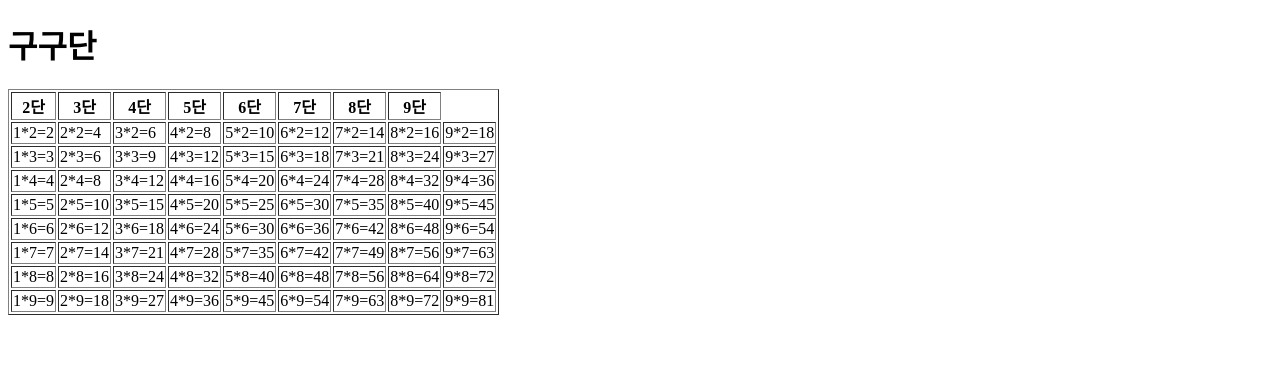
Repository: ohseung-web/Jsp2026
Page: http://localhost/chapter01/test02.jsp
The author's editor kept a copy of each file at every save. The page is drawn from the files as they stood at one save, then again after the next save.
The browser window is 1280 px wide. The pictures show the whole page.
The page is served by Tomcat 9.

Above is the page before, as saved 2026-10-16 04:24:30.

### chapter01/src/main/webapp/test02.jsp
<%@ page language="java" contentType="text/html; charset=UTF-8"
    pageEncoding="UTF-8" import="java.util.*"  %>
<!DOCTYPE html>
<html>
<head>
<meta charset="UTF-8">
<title>Insert title here</title>
</head>
<body>
		<!-- 구구단 2단 ~ 9단까지 모두 출력할 것  -->
		<h1>구구단</h1>
		<table border="1">
		<!-- 2단.... -->
		<tr>
			<% for(int i=2; i<=9; i++){ %>
			   <th><%= i %>단</th>
			<%} %>
		</tr>

		<% for(int i=2; i<=9; i++){%>
		<tr>
			 <% for(int j=1; j<=9; j++){
		%>
		  	<td><%=j%>*<%=i%>=<%= i*j %></td>
		<% }%>
		</tr>
		<% } %>

		</table>
</body>
</html>

After the next save:
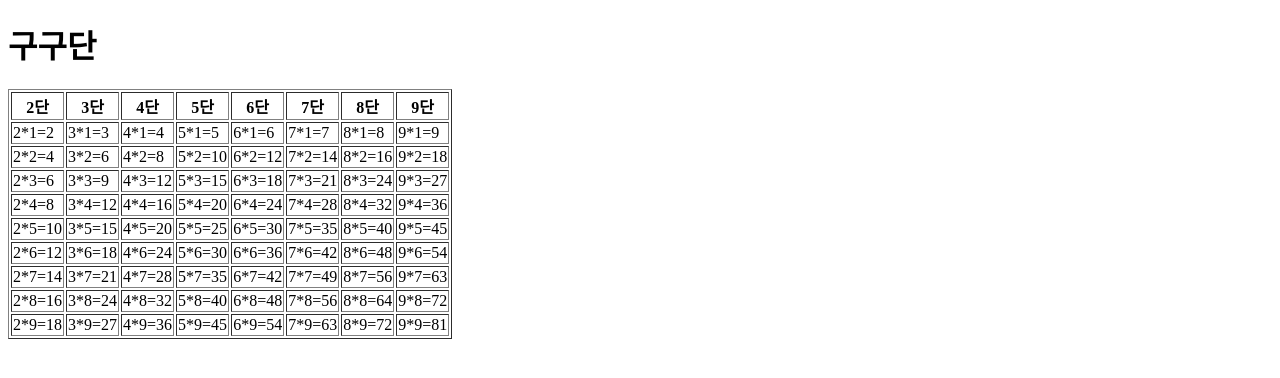
Saved 15 s later.
--- a/chapter01/src/main/webapp/test02.jsp
+++ b/chapter01/src/main/webapp/test02.jsp
@@ -17,9 +17,9 @@
 			<%} %>
 		</tr>
 
-		<% for(int i=2; i<=9; i++){%>
+		<% for(int i=1; i<=9; i++){%>
 		<tr>
-			 <% for(int j=1; j<=9; j++){
+			 <% for(int j=2; j<=9; j++){
 		%>
 		  	<td><%=j%>*<%=i%>=<%= i*j %></td>
 		<% }%>
